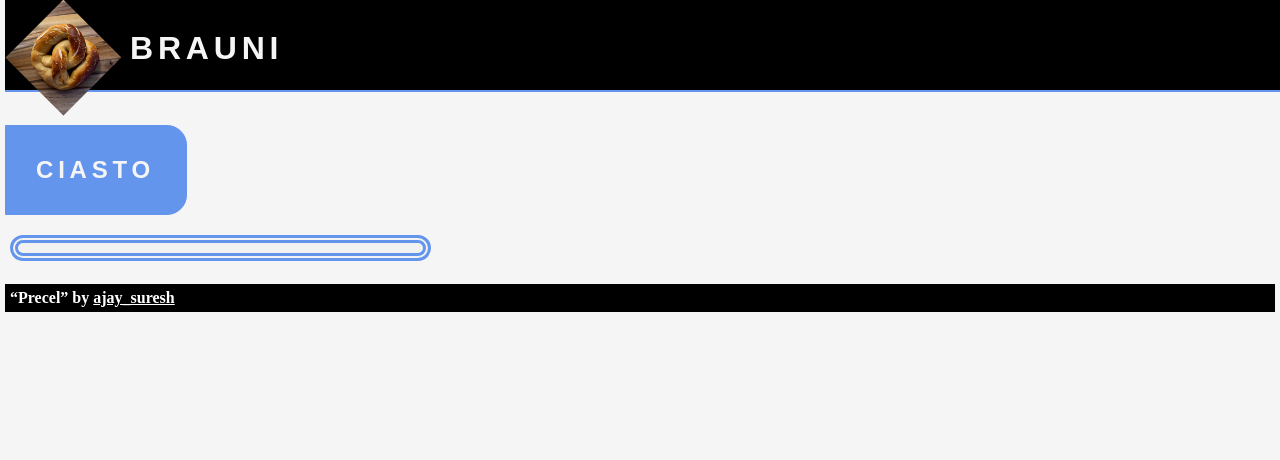
Repository: yaoayh/przepisy
Page: pattern.html
An editor plug-in stored every save of this project. The page is shown before and after the next save, followed by the edit.
The browser window is 1280 px wide. The pictures show the whole page.

Above is the page before, as saved 2020-08-12 22:05:50.

After the next save:
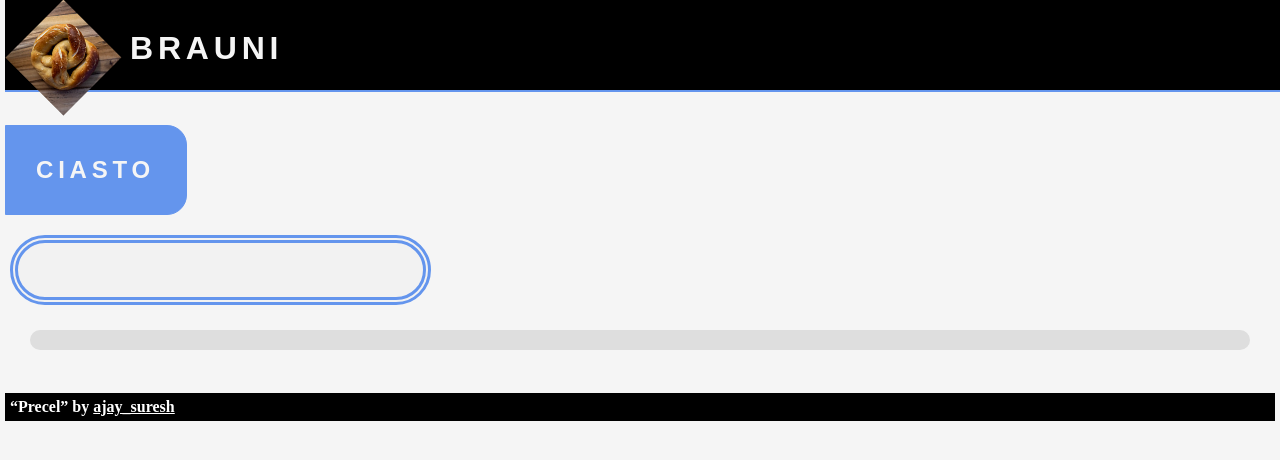
Saved 27 min 55 s later.
--- a/pattern.html
+++ b/pattern.html
@@ -2,9 +2,7 @@
 <html>
     <head>
         <title>Brauni</title>
-
         <link rel="shortcut icon" href="../images/icon.jpg">
-
         <meta charset="UTF-8">
         <meta name="viewport" content="width=device-width, initial-scale=1.0">
         <meta name="author" content="Dawid Litwin">
@@ -20,18 +18,28 @@
             </div>
             <h1 class="h1_Undersite">Brauni</h1>
         </div>
-
-
         <!--                0000000000000000000                 -->
-
         <form class="form_Undersite">
             <h2>Ciasto</h2>
             <div class="name">
+                <!--Produkty-->
+                <table>
+                    <tr>
+                        <td>
+
+                        </td>
+                        <td class="table2">
+
+                        </td>
+                    </tr>
+                </table>
             </div>
 
             <div class="Przepis">
+                <!--Przepis-->
+                <ol>
 
-
+                </ol>
             </div>
 
             </form>
